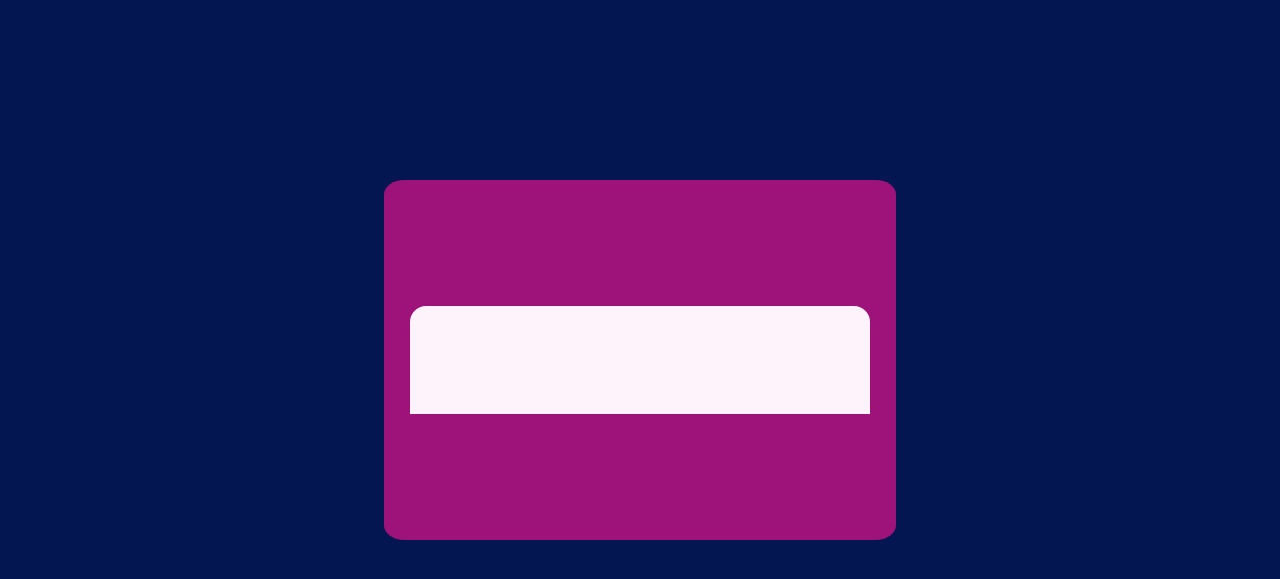
Repository: 2001mariana/Calculator_react
Page: /
An editor plug-in stored every save of this project. The page is shown before and after a run of saves, followed by the edit.
The browser window is 1280 px wide. The pictures show the whole page.
The project was rebuilt for these pictures with package versions that can differ from the ones it lists, and the page was loaded fresh each time.

Above is the page before, as saved 2023-02-06 17:30:29.

After the next 2 saves:
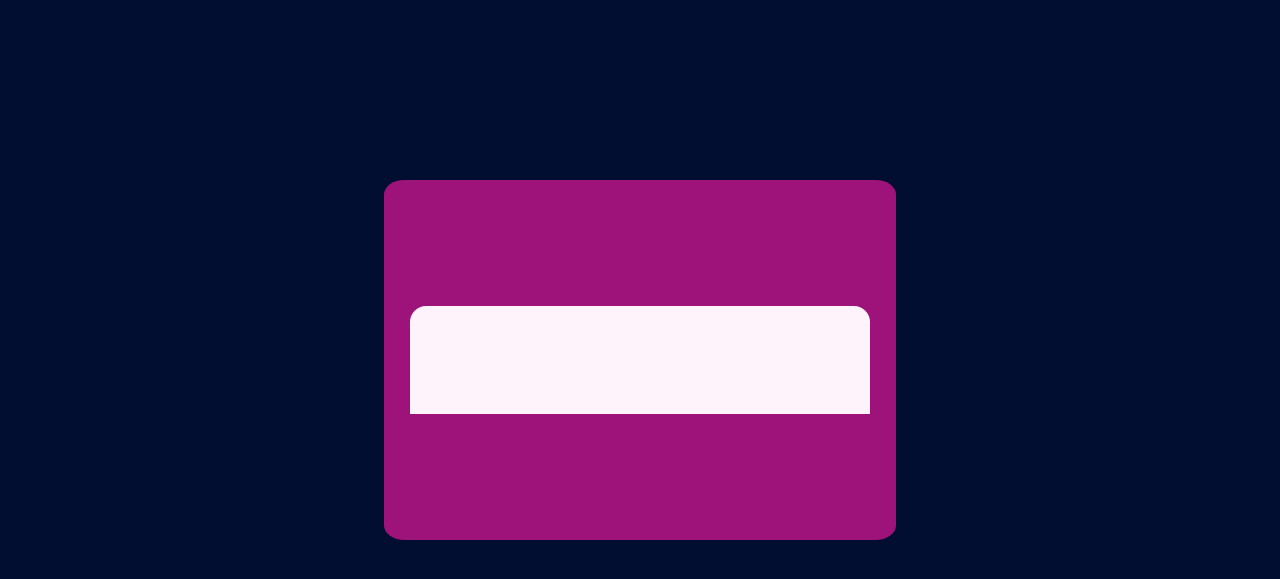
The 2 saves are shown as one change because they came seconds apart.
The last was saved 7 s later.
--- a/src/App.css
+++ b/src/App.css
@@ -1,5 +1,5 @@
 .Calculator {
-  background-color: #031651;
+  background-color: #020e31;
   height: 100vh;
   display: flex;
   justify-content: center;
